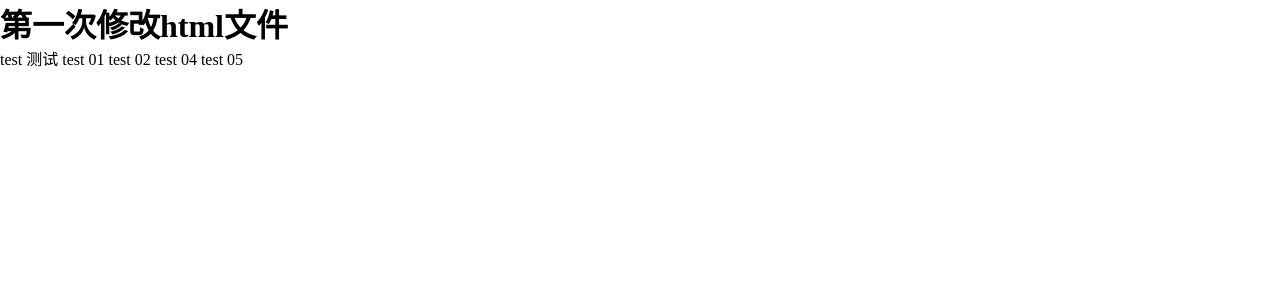
Repository: YYL-1120/project
Page: project02/login/login.html
These files come from the project's save history. The page is drawn as it stood at one moment and after the next save; the edit follows.
The browser window is 1280 px wide. The pictures show the whole page.

Above is the page before, as saved 2020-09-27 16:22:51.

After the next save:
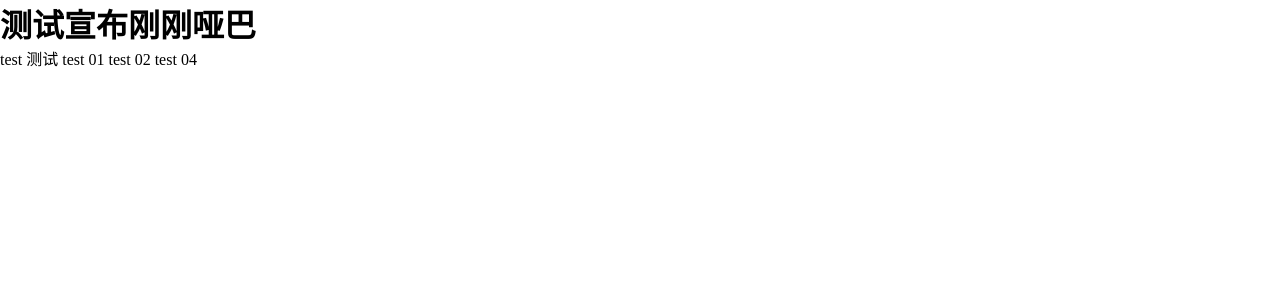
Saved 33 s later.
--- a/project02/login/login.html
+++ b/project02/login/login.html
@@ -10,12 +10,11 @@
 </head>
 
 <body>
-    <h1>第一次修改html文件</h1>
+    <h1>测试宣布刚刚哑巴</h1>
     <span>test 测试</span>
     <span>test 01</span>
     <span>test 02</span>
     <span>test 04</span>
-    <span>test 05</span>
 
 </body>
 
